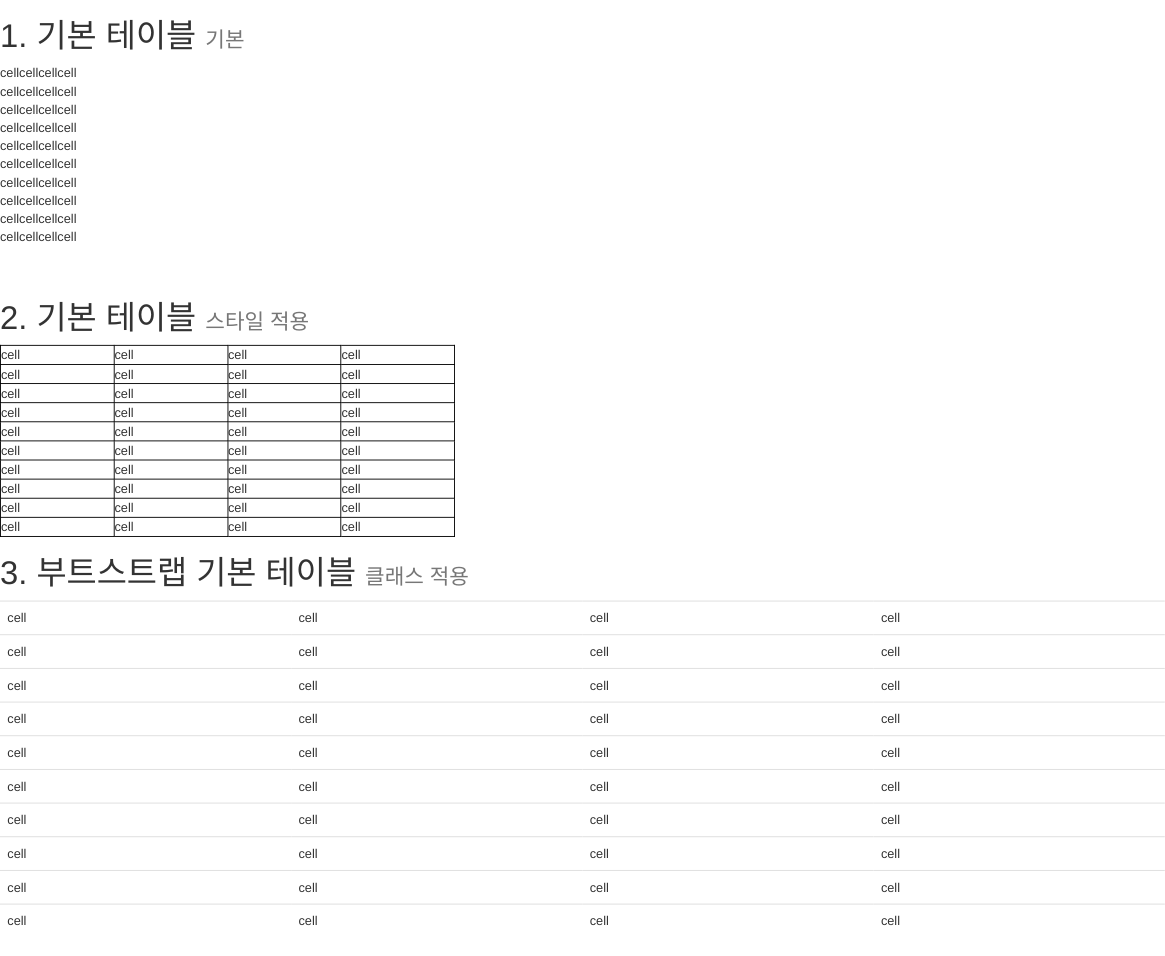
Repository: Umkimisstrong/UM_Webbb
Page: BootstrapApp/WebContent/BootEx02.html
An editor plug-in stored every save of this project. The page is shown before and after the next save, followed by the edit.
The browser window is 1280 px wide. The pictures show the whole page, at 91% of full size.

Above is the page before, as saved 2022-05-16 02:20:54.

After the next save:
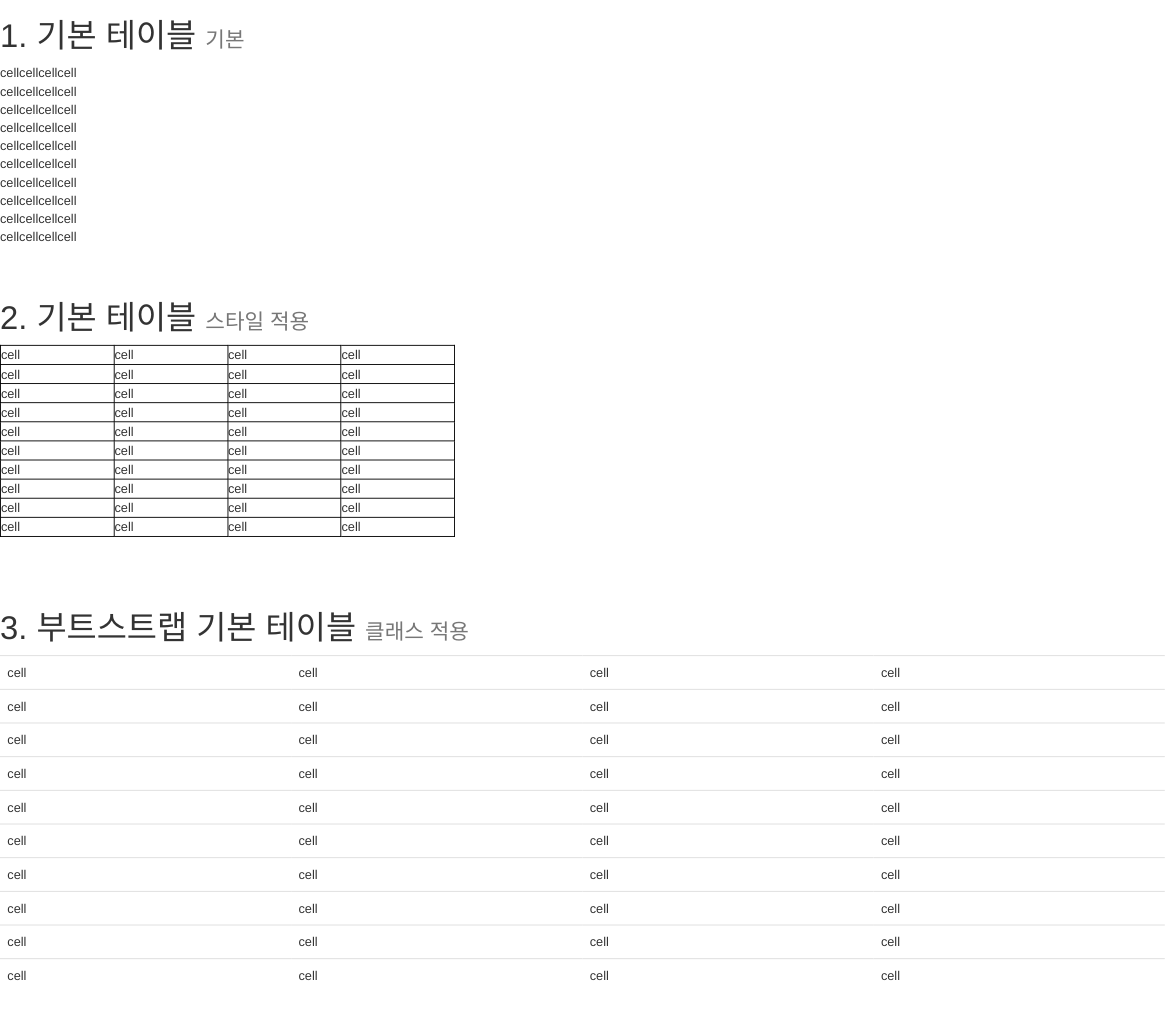
Saved 27 s later.
--- a/BootstrapApp/WebContent/BootEx02.html
+++ b/BootstrapApp/WebContent/BootEx02.html
@@ -162,6 +162,10 @@
 	</tr>
 </table>
 
+<br />
+<br />
+<br />
+
 <h1>3. 부트스트랩 기본 테이블 <small>클래스 적용</small></h1>
 
 
